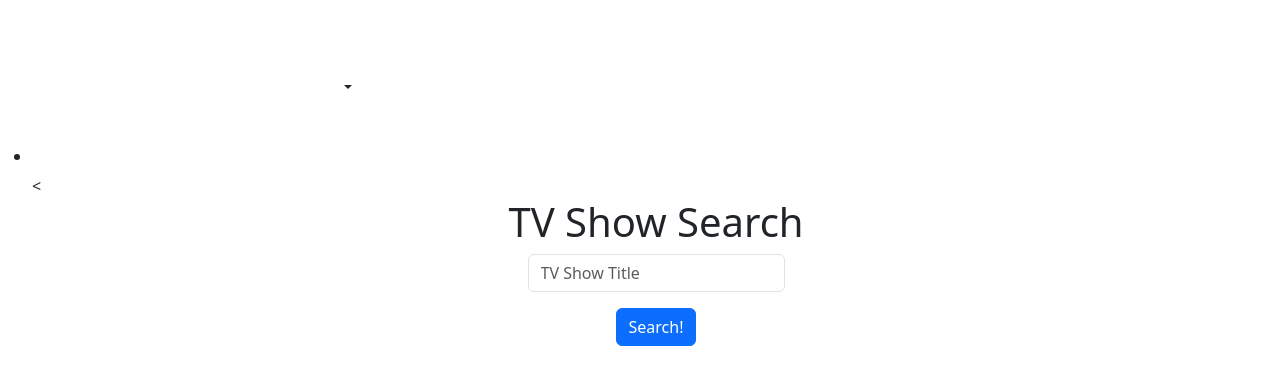
Repository: danieltikamori/wdb
Page: projects/TV-Show-search-app/index.html
The author's editor kept a copy of each file at every save. The page is drawn from the files as they stood at one save, then again after the next save.
The browser window is 1280 px wide. The pictures show the whole page.
Some web libraries are served in a nearby version.

Above is the page before, as saved 2023-01-28 21:49:28.

### projects/TV-Show-search-app/index.html
<!DOCTYPE html>
<html lang="en">
  <head>
    <meta charset="UTF-8" />
    <meta http-equiv="X-UA-Compatible" content="IE=edge" />
    <meta name="viewport" content="width=device-width, initial-scale=1.0" />
    <title>TV Show Search App</title>
    <link
      href="https://cdn.jsdelivr.net/npm/bootstrap@5.3.0-alpha1/dist/css/bootstrap.min.css"
      rel="stylesheet"
      integrity="sha384-GLhlTQ8iRABdZLl6O3oVMWSktQOp6b7In1Zl3/Jr59b6EGGoI1aFkw7cmDA6j6gD"
      crossorigin="anonymous"
    />
  </head>
  <body>
    <ul>
    <li class="nav-item dropdown">
      <button class="btn btn-link nav-link py-2 px-0 px-lg-2 dropdown-toggle d-flex align-items-center" id="bd-theme" type="button" aria-expanded="false" data-bs-toggle="dropdown" data-bs-display="static">
        <svg class="bi my-1 theme-icon-active"><use href="#sun-fill"></use></svg>
        <span class="d-lg-none ms-2">Toggle theme</span>
      </button>
      <ul class="dropdown-menu dropdown-menu-end" aria-labelledby="bd-theme" style="--bs-dropdown-min-width: 8rem;">
        <li>
          <button type="button" class="dropdown-item d-flex align-items-center active" data-bs-theme-value="light">
            <svg class="bi me-2 opacity-50 theme-icon"><use href="#sun-fill"></use></svg>
            Light
            <svg class="bi ms-auto d-none"><use href="#check2"></use></svg>
          </button>
        </li>
        <li>
          <button type="button" class="dropdown-item d-flex align-items-center" data-bs-theme-value="dark">
            <svg class="bi me-2 opacity-50 theme-icon"><use href="#moon-stars-fill"></use></svg>
            Dark
            <svg class="bi ms-auto d-none"><use href="#check2"></use></svg>
          </button>
        </li>
        <li>
          <button type="button" class="dropdown-item d-flex align-items-center" data-bs-theme-value="auto">
            <svg class="bi me-2 opacity-50 theme-icon"><use href="#circle-half"></use></svg>
            Auto
            <svg class="bi ms-auto d-none"><use href="#check2"></use></svg>
          </button>
        </li>
      </ul>
    </li>
    <
    <div class="container text-center">
      <h1>TV Show Search</h1>
      <div class="btn-group" class="form-floating container">
        <form action="" id="searchForm">
          <input
            type="text"
            name="query"
            id=""
            placeholder="TV Show Title"
            class="form-control"
          />
          <button class="btn btn-primary m-3">Search!</button>
        </form>
      </div>
    </div>

    <script
      src="https://cdn.jsdelivr.net/npm/bootstrap@5.3.0-alpha1/dist/js/bootstrap.bundle.min.js"
      integrity="sha384-w76AqPfDkMBDXo30jS1Sgez6pr3x5MlQ1ZAGC+nuZB+EYdgRZgiwxhTBTkF7CXvN"
      crossorigin="anonymous"
    ></script>
    <script src="https://cdn.jsdelivr.net/npm/axios@1.1.2/dist/axios.min.js"></script>
    <script src="app.js"></script>
  </body>
</html>

### projects/TV-Show-search-app/app.js
const form = document.querySelector("#searchForm");
form.addEventListener("submit", async function (e) {
  e.preventDefault();
  const searchTerm = form.elements.query.value;
  const configParams = { params: {q: searchTerm} };
  const queryResult = await axios.get(
    `https://api.tvmaze.com/search/shows`, configParams
  );
  displaytvshowImg(queryResult.data);
  form.elements.query.value = '';
});

const displaytvshowImg = (shows) => {
  for (let showResult of shows) {
    if (showResult.show.image) {
      const tvshowImg = document.createElement("IMG");
      tvshowImg.src = showResult.show.image.medium;
      document.body.append(tvshowImg);
    }
  }
};

//Dark mode, auto mode
(() => {
  'use strict'

  const storedTheme = localStorage.getItem('theme')

  const getPreferredTheme = () => {
    if (storedTheme) {
      return storedTheme
    }

    return window.matchMedia('(prefers-color-scheme: dark)').matches ? 'dark' : 'light'
  }

  const setTheme = function (theme) {
    if (theme === 'auto' && window.matchMedia('(prefers-color-scheme: dark)').matches) {
      document.documentElement.setAttribute('data-bs-theme', 'dark')
    } else {
      document.documentElement.setAttribute('data-bs-theme', theme)
    }
  }

  setTheme(getPreferredTheme())

  const showActiveTheme = theme => {
    const activeThemeIcon = document.querySelector('.theme-icon-active use')
    const btnToActive = document.querySelector(`[data-bs-theme-value="${theme}"]`)
    const svgOfActiveBtn = btnToActive.querySelector('svg use').getAttribute('href')

    document.querySelectorAll('[data-bs-theme-value]').forEach(element => {
      element.classList.remove('active')
    })

    btnToActive.classList.add('active')
    activeThemeIcon.setAttribute('href', svgOfActiveBtn)
  }

  window.matchMedia('(prefers-color-scheme: dark)').addEventListener('change', () => {
    if (storedTheme !== 'light' || storedTheme !== 'dark') {
      setTheme(getPreferredTheme())
    }
  })

  window.addEventListener('DOMContentLoaded', () => {
    showActiveTheme(getPreferredTheme())

    document.querySelectorAll('[data-bs-theme-value]')
      .forEach(toggle => {
        toggle.addEventListener('click', () => {
          const theme = toggle.getAttribute('data-bs-theme-value')
          localStorage.setItem('theme', theme)
          setTheme(theme)
          showActiveTheme(theme)
        })
      })
  })
})()

After the next save:
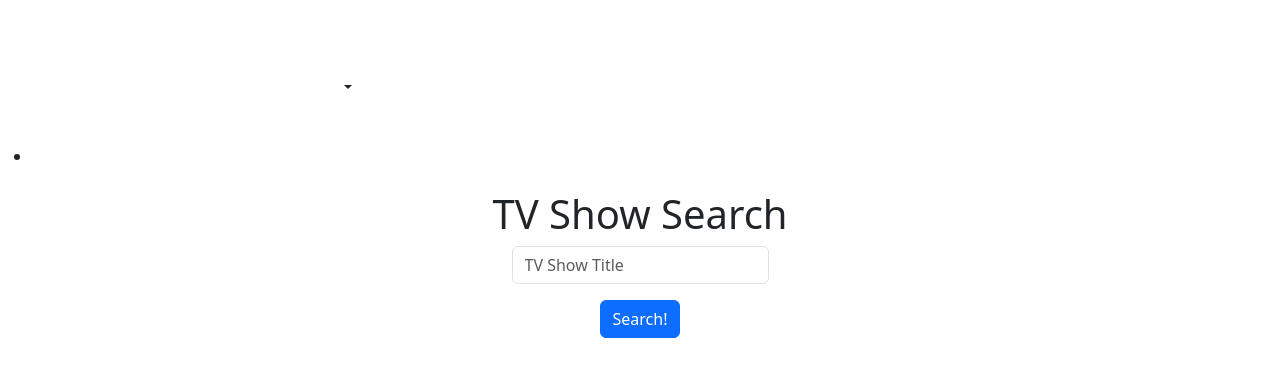
Saved 4 s later.
--- a/projects/TV-Show-search-app/index.html
+++ b/projects/TV-Show-search-app/index.html
@@ -43,7 +43,7 @@
         </li>
       </ul>
     </li>
-    <
+  </ul>
     <div class="container text-center">
       <h1>TV Show Search</h1>
       <div class="btn-group" class="form-floating container">
